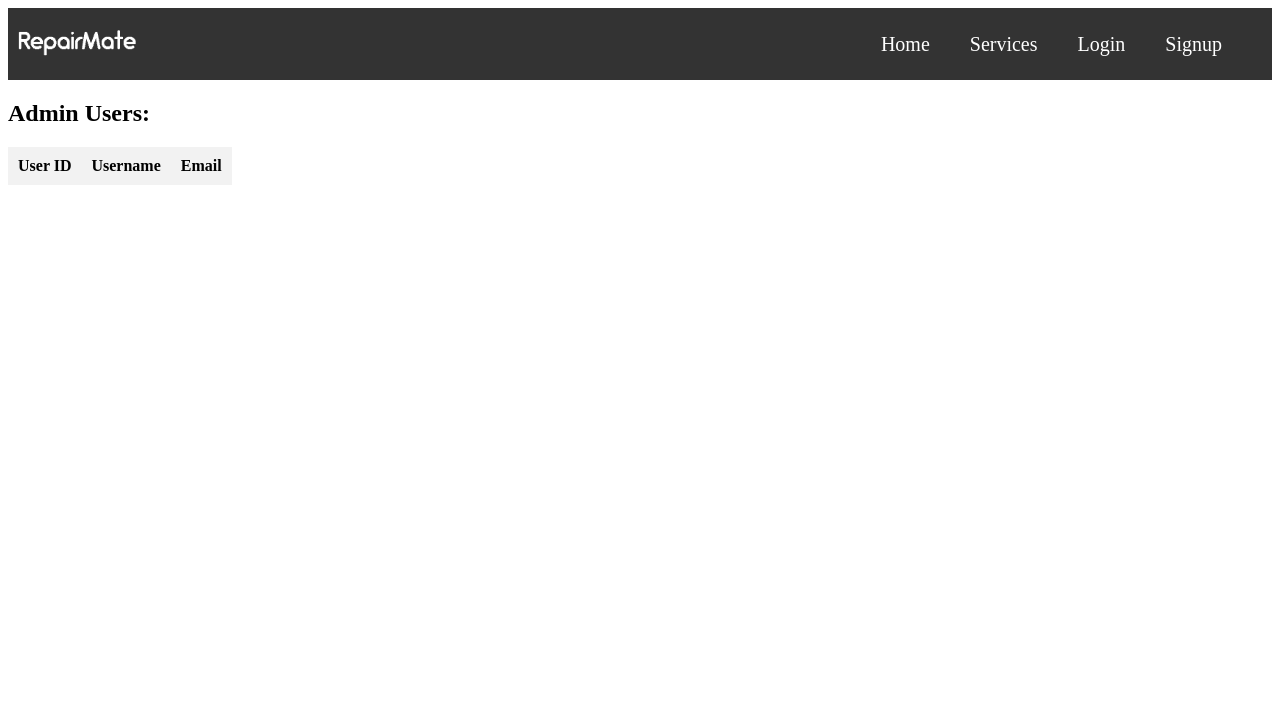
Repository: rohann12/RepairMate
Page: http://localhost/Garage/JSP/users.jsp
The author's editor kept a copy of each file at every save. The page is drawn from the files as they stood at one save, then again after the next save.
The browser window is 1280 px wide. The pictures show the whole page.
The page is served by Tomcat 9. Queries for data that is not in the repository find no rows.

Above is the page before, as saved 2023-06-18 11:37:24.

After the next save:
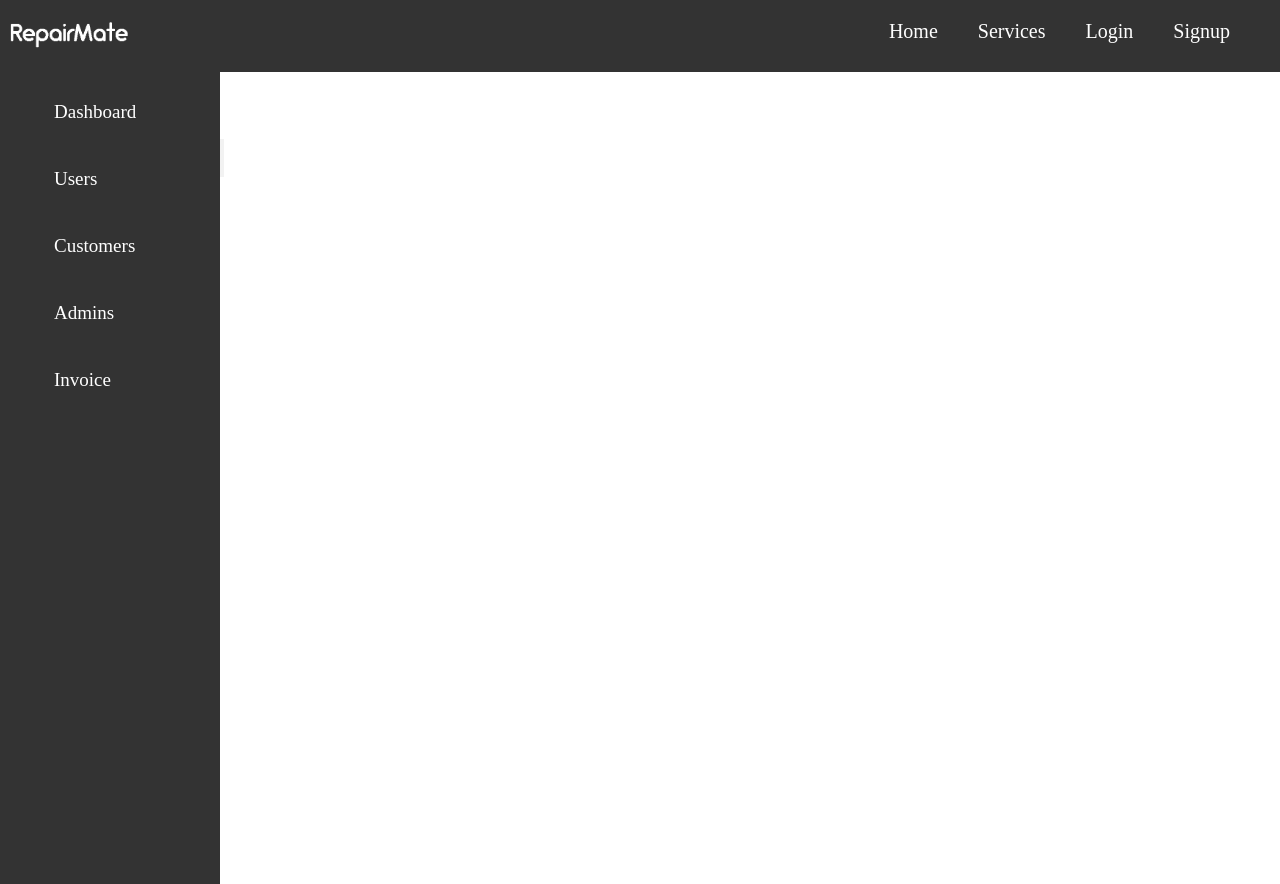
Saved 34 s later.
--- a/Garage/src/main/webapp/JSP/users.jsp
+++ b/Garage/src/main/webapp/JSP/users.jsp
@@ -22,7 +22,8 @@
     </style>
 </head>
 <body>
-<jsp:include page="nav.jsp" />
+<jsp:include page="adminNav.jsp" />
+
     <%-- Establish the database connection --%>
     <%
         Connection conn = dbconn.getConnection();
